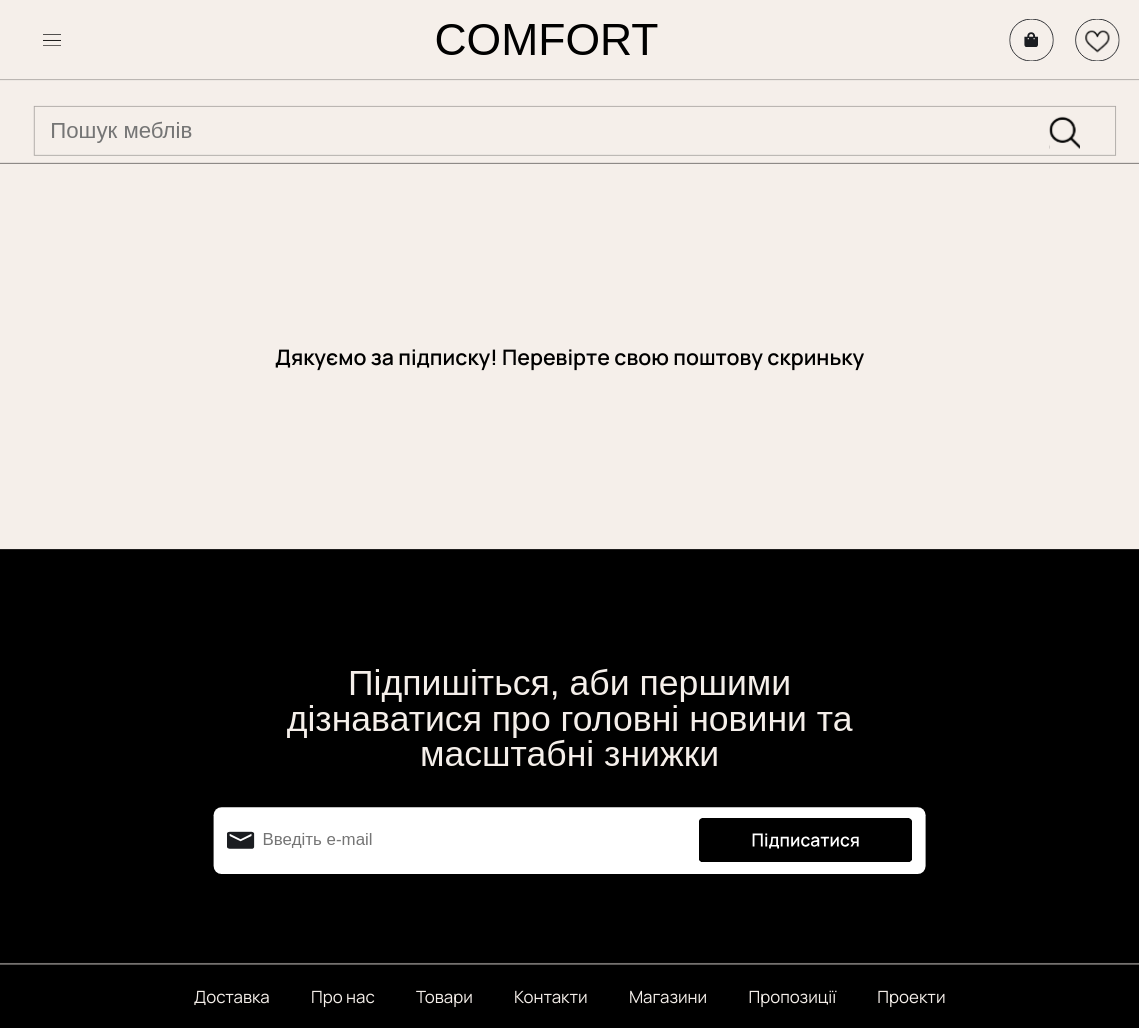
Repository: malykhinaIra/laravel
Page: resources/views/form.blade.php
The author's editor kept a copy of each file at every save. The page is drawn from the files as they stood at one save, then again after the next save.
The browser window is 1280 px wide. The pictures show the whole page, at 89% of full size.
Some web fonts or font styles are not loaded; a fallback is used. The page is served by the project's Laravel application, run on PHP 8.4 with Laravel 9. Other server files are loaded and not shown. The template is opened directly, without the code that normally fills it, so the values that code supplies are empty.

Above is the page before, as saved 2022-05-12 13:46:54.

### blog/routes/web.php
<?php

use Illuminate\Support\Facades\Route;

/*
|--------------------------------------------------------------------------
| Web Routes
|--------------------------------------------------------------------------
|
| Here is where you can register web routes for your application. These
| routes are loaded by the RouteServiceProvider within a group which
| contains the "web" middleware group. Now create something great!
|
*/

Route::get('/', 'App\Http\Controllers\MainController@forLend');

Route::get('/Lend', 'App\Http\Controllers\MainController@forLend');

Route::get('/Catalog', 'App\Http\Controllers\MainController@forCatalog');

Route::get('/Info', 'App\Http\Controllers\MainController@forInfo');

Route::post('/result', 'App\Http\Controllers\MainController@result');

Route::post('/check', 'App\Http\Controllers\MainController@check');

Route::get('/item/{id}', 'App\Http\Controllers\MainController@forItem');

### blog/resources/views/form.blade.php
@extends('layouts.header')
@section('content')
<head>
    <link href="https://fonts.googleapis.com/css2?family=Lexend&family=Manrope:wght@200;300;400;500;600&display=swap" rel="stylesheet">
    <link rel="stylesheet" href="css/form.css">
    <link rel="stylesheet" href="css/catalog.css">
</head>
<hr>
<div class="text">
    <h2>Дякуємо за підписку! Перевірте свою поштову скриньку </h2>
    <p> {{ $mail }} </p>
</div>
@endsection

### blog/resources/views/layouts/header.blade.php
<head>
<meta charset="UTF-8">
    <meta http-equiv="X-UA-Compatible" content="IE=edge">
    <meta name="viewport" content="width=device-width, initial-scale=1.0">
    <title> @yield ('title') </title>
    <link rel="preconnect" href="https://fonts.googleapis.com">
    <link rel="preconnect" href="https://fonts.gstatic.com" crossorigin>
    <link rel="preconnect" href="https://fonts.googleapis.com">
    <link rel="preconnect" href="https://fonts.gstatic.com" crossorigin>
    <link href="https://fonts.googleapis.com/css2?family=Lexend&family=Manrope:wght@200;300;400;500;600&display=swap" rel="stylesheet">
    <link href="https://fonts.googleapis.com/css2?family=Lexend:wght@300&family=Manrope:wght@200;300;400;500;600&display=swap" rel="stylesheet">
    <link rel="preconnect" href="https://fonts.googleapis.com">
    <link rel="preconnect" href="https://fonts.gstatic.com" crossorigin>
    <link href="https://fonts.googleapis.com/css2?family=Lexend&family=Manrope:wght@200;300;400;500;600&display=swap" rel="stylesheet">
    <link rel="preconnect" href="https://fonts.googleapis.com">
    <link rel="preconnect" href="https://fonts.gstatic.com" crossorigin>
    <link href="https://fonts.googleapis.com/css2?family=Manrope:wght@200;300;400;500;600&display=swap" rel="stylesheet">
    <link rel="stylesheet" href="css/bootstrap-grid.min.css">
    <meta name="viewport" content="width=device-width">
</head>
    <header class="header">
    </div>
    <div class="nav-1">
        <div class="nav-toggle">
            <div class="container">
                <a href="/Info" width="10%" onclick>
                    <img src="../img/Group 65.svg" class="menu">
                </a>
                <div class="logo"><a href="index.html">COMFORT</a></div>
                <div class="row">
                    <div class="col">
                        <a href="#" style="margin-right: 2.5%;"><img src="../img/Group 56.svg"></a>
                    </div>
                    <div class="col">
                        <a href="#"><img src="../img/Group 55.svg"></a>
                    </div>
                </div>
            </div>
        </div>
        <hr>
        <div class="border-1">
            <input type="text" size="19" placeholder="Пошук меблів">
            <a href="#" class="search-1"><img src="../img/image 22 (1).svg"></a>
        </div>
    </div>

    <section class="nav">
        <a href="/Lend" class="logo">COMFORT</a>
        <a href="/Info">Про нас</a>
        <a href="#">Доставка</a>
        <a href="#">Підтримка</a>
        <a href="/Catalog">Каталог</a>
        <div class="border">
            <input type="text" size="19" placeholder="Пошук меблів" style="margin-bottom: 6px;">
            <a href="#" class="search"><img src="../img/image 22 (1).svg"></a>
        </div>
        <div class="shops">
            <a href="#" style="margin-right: 5px;"><img src="../img/image 57.svg"></a>
            <a href="#">Магазини</a>
        </div>
        <div class="icons">
            <a href="#"><img src="../img/Group 55.svg"></a>
            <a href="#"><img src="../img/Group 56.svg"></a>
            <a href="#"><img src="../img/user.svg"></a>
        </div>
    </section>
</header>


<div class="forYield">
    @yield('content')
</div>

<footer id="bottom">
    <section class="form">
        @if($errors->any())
        <div class="alert alert-danger">
            <p>
                Неправильно введений email. Спробуйте ще раз! </p>
        </div>
        @else
        <p>Підпишіться, аби першими дізнаватися про головні новини та масштабні знижки</p>
        @endif
        <div class="subscribe">
            <form method="post" action="/check" style="width:800px; margin: 0; display: flex; align-items: center;">
                @csrf
                <div style="display: flex; align-items: center;">
                    <img src="../img/Shape.svg" class="message">
                    <input style="width:500px; outline: none; border: none; font-size: 25px;" type="text" name="mail" placeholder="Введіть e-mail">
                </div>
                <button type="submit" style="background: none; border: 0; padding:0;"><img src="../img/Group 61.svg" class="sub-btn"></button>
            </form>
        </div>

    </section>
    <hr>
    <section class="footer-1">
        <a href="#">Доставка</a>
        <a href="/Info">Про нас</a>
        <a href="/Catalog">Товари</a>
        <a href="#">Контакти</a>
        <a href="#">Магазини</a>
        <a href="#">Пропозиції</a>
        <a href="#">Проекти</a>
    </section>
    <br>
</footer>
</body>

</html>

### blog/public/css/form.css
body{
    padding: 0;
    margin: 0;
    background: #F5EFEA;
    color: #000;
    font-family: 'Manrope', sans-serif;
    font-style: normal;
    font-weight: 400;
    max-width: 1903px;
    margin: 0 auto;
    text-align: center;
}

.text{
    margin: 200px auto;
}

### blog/public/css/catalog.css
body{
    padding: 0;
    margin: 0;
    background: #F5EFEA;
    color: #000;
    font-family: 'Manrope', sans-serif;
    font-style: normal;
    font-weight: 400;
    max-width: 1903px;
    margin: 0 auto;
}

.hide{
    margin-top: -1px;
}

.container{
    max-width: 80%;
    margin: 0 auto;
}

*{
    box-sizing: border-box;
}

img {
    max-width: 100%;
  }

a{
    color: #000;
    text-decoration: none;
}

.nav-1{
    display: none;
    flex-direction: column;
    margin: 0 auto;
    margin-bottom: 30px;
}

.nav{
    width: 100%;
    font-family: 'Manrope', sans-serif;
    font-style: normal;
    height: 80.98px;
    font-weight: 600;
    font-size: 19px;
    line-height: 26px;
    display: flex;
    justify-content: space-between;
    align-items: center;

}

.logo{
    padding-left: 70px;
    font-family: 'Lexend', sans-serif;
    font-style: normal;
    font-weight: 500;
    font-size: 30px;
    line-height: 38px;

}

.icon p{
    font-family: 'Manrope', sans-serif;
    font-style: normal;
    font-weight: 500;
    font-size: 30px;
    margin: 0;
    margin-left: 1%;
}

.icon{
    display: flex;
    margin-bottom: 1%;
}

.border{
    border: 0.5px solid rgba(0, 0, 0, 0.555);
    height: 40.55px;
    display: flex;
    align-items: center;
    padding: 15px;
}

.special-offer .col-6{
    width: 40%;
    margin-left: 6.5%;
}

.border-1{
    border: 0.2px solid rgba(0, 0, 0, 0.555); ;
    height: 55.55px;
    width: 95%;
    display: flex;
    align-items: center;
    padding: 15px;
    margin:0 3%;
    margin-top: 10px;
}

header hr{
    border: 0 none;
    height: 0.1px;
    color: #000;
    width: 100%;
    background-color: rgba(0, 0, 0, 0.555);
    margin-bottom: 20px;
 }

input{
    font-family: 'Lexend', sans-serif;
    font-weight: 300;
    font-size: 25px;
    background: none;
    border: none;
    width: 95%;
}

.arr{
    height: 25px;
    float: right;
    margin-top: 25px;
    margin-right: 3%;
}

::placeholder{
    font-style: normal;
    font-weight: 300;
    font-size: 19px;
    line-height: 40px;

}

.search{
    margin-left: 49.86px;
}

.search-1{
    margin-top: 4px;
}

.icons img{
    margin-right: 15px;
}

hr{
    border: none;
    background-color: rgb(0, 0, 0, 0.555);
    color: rgb(0, 0, 0);
    height: 1px;
    width: 100%;
}

.shops{
    display: flex;
    align-items: center;
}


.catalog{
    background-color: #000;
    width: 100%;
}

.rooms{
    max-height: 80.98px;
    display: flex;
    justify-content: space-between;
    padding: 26px 30%;

}
.rooms a{
    color:#F5EFEA;
    font-family: 'Manrope', sans-serif;
    font-style: normal;
    font-weight: 600;
    font-size: 20px;
}

.full-catalog .container{
    margin: 20px auto;
}

.filters{
    max-width: 100%;
    border-left: 1px solid rgb(0, 0, 0, 0.555);
}

.filters hr{
    border: none;
    background-color: rgb(0, 0, 0, 0.555);
    color: rgb(0, 0, 0);
    height: 1px;
    width: 81%;
    margin-left: 20px;
}

.filters h2{
    padding-left: 20px;
    font-family: 'Manrope', sans-serif;
    font-style: normal;
    font-weight: 600;
    font-size: 35px;
    color: #000000;
    margin: 0px;
}

.filters p{
    padding-left: 20px;
    font-family: 'Manrope', sans-serif;
    font-style: normal;
    font-weight: 200;
    font-size: 30px;
    color: #000000;
    margin: 0px;

}

.icon{
    margin-top: 2.5%;
}

.icon p{
    margin-top: 4px;
}

.price p{
    font-family: 'Manrope', sans-serif;
    font-style: normal;
    font-weight: 300;
    font-size: 20px;
    line-height: 35px;
    margin: 0;

}

.image img{
    max-height: 494.27px;
}

.full-catalog .col-4{
    margin-bottom: 25px;
}

.price{
    display: flex;
    width: 400px;
    flex-direction: row;
    justify-content: space-between;
    align-items: center;
    margin-top: 5px;
    padding: 0px 25px;
}

.special-offer h1, .picture h1{
    font-family: 'Manrope', sans-serif;
    font-style: normal;
    font-weight: 600;
    font-size: 35px;
    line-height: 80.98px;
    text-align: center;
    max-width: 100%;
    margin: 0;
}

.info{
    margin-top: 37px;
    padding-right:285px;
    padding-left:900px;
    width: 100%;
    position: absolute;
    display: flex;
    align-items: center;
    justify-content: space-between;
}

.info-1{
    margin-top: 710px;
    padding-right:285px;
    padding-left:745px;
    width: 100%;
    position: absolute;
    display: flex;
    align-items: center;
    justify-content: space-between;
    font-family: 'Manrope', sans-serif;
    font-style: normal;
    font-weight: 400;
    font-size: 50px;
}

.room-shopping{
    width: 100%;
    display: flex;
    align-items: center;
    justify-content: space-between;
}

.prices{
    display: flex;
    margin-top: -50px;
}

.price-1{
    margin-left: 7%;
    width: 50%;
    display: flex;
    flex-direction: row;
    justify-content: space-between;
    align-items: center;
    padding: 0px 25px;
}

.prices p{
    font-family: 'Manrope', sans-serif;
    font-style: normal;
    font-weight: 300;
    font-size: 20px;
    line-height: 35px;
    margin: 0;

}

.mobile{
    display: none;
}

.button{
    display: none;
}

.scroll{
    margin:0 47%;
}

footer{
    background-color: #000;
    max-height: 550px;
    width: 100%;
}

.subscribe{
    background-color: white;
    width: 800px;
    height: 75px;
    display: flex;
    align-items: center;
    justify-content: space-between;
    padding: 15px;
    border-radius: 9px;
    margin: auto auto;
}

.sub-btn{
    max-width: 100%;
}

.form{
    margin-left: auto;
    margin-right: auto;
}

.form p{
    width: 700px;
    font-family: 'Lexend', sans-serif;
    font-weight: 300;
    font-size: 40px;
    line-height: 40px;
    text-align: center;
    color:#F5EFEA;
    margin: 0 auto;
    margin-bottom: 40px;
    padding-top: 130px;
}


.subscribe input{
    background: none;
    max-width: 100%;
    margin-bottom: 8px;
    margin-left: 7px;
}

footer hr{
    margin-top: 100px;
    border: 0.5px solid #f5efea79;
}

.footer-1{
    display: flex;
    justify-content: space-between;
    align-items: center;
    padding-left: 17%;
    padding-right: 17%;
    margin-top: 23px;
}

.footer-1 a{
    color:#F5EFEA;
    font-family: 'Manrope', sans-serif;
    font-style: normal;
    font-weight: 400;
    font-size: 19px;
    line-height: 26px;
}

@media(max-width: 1570px){

    .border-1{
        border-color: rgba(0, 0, 0, 0.301);
    }

    header hr, .filters hr{
        background-color: rgba(0, 0, 0, 0.301);
    }

    .filters{
        border-left-color: rgba(0, 0, 0, 0.301);
    }

    .picture h1{
        display: none;
    }

    .mobile{
        display: block;
        align-items: center;
    }

    .mobile h1{
        width: 100%;
        text-align: center;
        color: #F5EFEA;
        background-color: #000;
        font-family: 'Manrope', sans-serif;
        font-style: normal;
        font-weight: 600;
        font-size: 35px;
        line-height:75px;
    }

    .nav-1{
        margin: 0;
    }

    .catalog{
        display: none;
    }

    .nav-toggle, .nav-1 {
        display: flex;
     }

    .nav-toggle .container{
         height: 80.98px;
         align-items: center;
         display: flex;
         padding-top: 20px;
         padding-bottom: 10px;
         justify-content: space-between;
         margin: 0 auto;;
     }

     .nav-toggle .container{
        margin: 0 10px;
        max-width: 100%;
    }

     .nav-toggle .col{
         max-width: 100px;
     }

     .logo{
         margin:0;
         padding: 0;
     }

    .nav-toggle a{
        width: 72px;
    }

    .menu {
        max-width: 50px;
    }

     .nav{
      display: none;
     }

     .logo a{
        font-size: 50px;
     }

     .border-1 ::placeholder{
        font-size: 25px;
        margin-top: 5px;
    }

     .search-1 img{
         width: 35px;
     }

     .menu {
        max-width: 50px;
    }

}

@media (max-width: 1190px){
    .footer-1 a {
        font-size: 15px;
    }
    }

@media(max-width: 1406px){
    .image img{
        max-height: 422.98px;
    }

    .filters p{
        font-size: 25px;
    }



}

@media(max-width: 1195px){
    .image img{
        max-height: 351.67px;
    }

    .filters p{
        font-size: 20px;
    }

    .filters h2{
        font-size: 25px;
    }

    .price p{
        font-size: 16px;
    }

}

@media (max-width:990px) {
    .footer-1{
        padding: 0 55px;
     }

     .subscribe{
         width: 600px;
     }

     .form p{
         font-size: 25px;
         width: 400px;
     }
}

@media(max-width: 982px){

    .button{
        display: block;
        margin:auto;
        width: 250px;
    }

    .image img{
        max-height: 256.25px;
    }

    .filters p{
        font-size: 15px;
    }

    .filters h2{
        font-size: 17px;
    }

    .price p{
        line-height: 18px;
    }

    .price{
        padding: 0 10px;
    }

    .icon a, .icon img{
        max-width: 20px;
    }

    .icon p{
        font-size: 12px;
        margin-left: 10px;
    }

}

@media(max-width: 820px){

    #offer{
        width: 733px;
        height: auto;
    }

    .scroll{
        width: 40px;
        margin: 0 45%;
    }

    .logo a{
        font-size: 40px;
    }

    .logo{
        margin-bottom: 20px;

    }

    .image img{
        max-height: 395.67px;
    }

    .nav-toggle .row{
        margin-bottom: 10px;

    }

    .mobile h1{
        font-size: 30px;
    }

    #third{
        display:none;
    }

    .full-catalog .col-4{
        width: 50%;
    }

    .arrow{
        width: 130px;
    }

    .footer-1 a{
        font-size: 12px;
    }

    .subscribe{
        width: 70%;
        height: 8%;
    }

    .subscribe ::placeholder{
        font-size: 15px;
    }

    .sub-btn{
        width: 150px;
    }


    .menu{
        width: 80%;
    }

}

@media(max-width: 760px){
    #offer{
        width: 1433px;
        height: auto;
    }

}

@media(max-width: 600px){

    .button{
        width: 150px;
    }

    .search-1 img{
        width: 20px;
    }

    .nav-toggle .col{
        padding: 0 7px;
    }

    .logo a{
        font-size: 30px;
        margin-right: 15px;
    }

    .price p{
        font-size: 12px;
        line-height: 12px;
    }

    .full-catalog .col-4{
        padding: 0 5px;
    }

    .mobile h1{
        font-size: 25px;
        line-height: 60.98px;
    }

    .border-1{
        margin-top: 20px;
        height: 35px;
    }

    .nav-toggle .container{
        padding-top: 12px;
        padding-bottom: 0px;
        height: 60.98px;

    }

    .nav-toggle .col{
        width: 35px;
        padding: 0 2px;
    }

    .menu{
        margin-top: -4px;
        max-width: 28px;
    }


    .logo{
        margin-top: 7px;
        margin-left: -20px;
    }

    header hr{
        margin:0;
    }

    .border-1 ::placeholder, input{
        font-size: 15px;
    }

    .input{
        margin: 0;
    }

    .mobile h1, .special-offer h1{
        font-size: 20px;
        line-height: 45.98px;
    }

    .arrow{
        display:none;
    }

    .arr{
        height: 20px;
        margin-top: 13px;
        padding-right: 10px;
    }

    .special-offer .container, .full-catalog .container{
        width: 95%;
    }

    .subscribe{
        width: 85%;
    }

    .footer-1{
        margin-top: 16px;
        padding: 0 4%;
    }

    .footer-1 a{
        font-size: 9px;
    }

    .sub-btn{
        width: 130px;
    }

    .subscribe ::placeholder{
        font-size: 13px;
    }

    .subscribe{
        padding-top: 18px;
        height: 50px;
    }

    .subscribe input{
        margin-top: 5px;
    }

    footer hr{
        margin-top: 40px;
        border-color: #f5efea5e;
    }

    .form p{
        padding-top: 50px;
        font-size: 17px;
        line-height: 25px;
        width: 300px;
    }

    .footer-1 {
        margin-top: 17px;
        padding: 0 4%;
    }

}

@media (max-width: 490px) {
    .footer-1 a{
        font-size: 9px;
    }

    .message{
        width: 20px;
    }

    .mobile h1{
        font-size: 15px;
        line-height: 35px;
    }

    .arr{
        height: 15px;
        margin-top: 10px;
    }
}

### blog/public/img/Group 65.svg
<svg width="21" height="14" viewBox="0 0 21 14" fill="none" xmlns="http://www.w3.org/2000/svg">
<line y1="0.5" x2="21" y2="0.5" stroke="black"/>
<line y1="7.5" x2="21" y2="7.5" stroke="black"/>
<line y1="13.5" x2="21" y2="13.5" stroke="black"/>
</svg>

### blog/public/img/Group 56.svg
<svg width="50" height="48" viewBox="0 0 50 48" fill="none" xmlns="http://www.w3.org/2000/svg">
<path d="M0.5 24C0.5 11.0213 11.0213 0.5 24 0.5H26C38.9787 0.5 49.5 11.0213 49.5 24C49.5 36.9787 38.9787 47.5 26 47.5H24C11.0213 47.5 0.5 36.9787 0.5 24Z" stroke="#1B1D21"/>
<path fill-rule="evenodd" clip-rule="evenodd" d="M32.2783 29.2589C32.2783 30.7061 31.0591 31.8794 29.5552 31.8794H19.7519C18.248 31.8794 17.0288 30.7061 17.0288 29.2589V20.3494H20.2966V19.3012C20.2966 16.9893 22.2511 15.1085 24.6535 15.1085C27.056 15.1085 29.0105 16.9893 29.0105 19.3012V20.3494H32.2783V29.2589ZM22.475 19.3012V20.3494H26.832V19.3012C26.832 18.1453 25.8548 17.2049 24.6535 17.2049C23.4523 17.2049 22.475 18.1453 22.475 19.3012ZM27.9213 23.2319C27.4701 23.2319 27.1043 22.8799 27.1043 22.4457C27.1043 22.0116 27.4701 21.6596 27.9213 21.6596C28.3724 21.6596 28.7382 22.0116 28.7382 22.4457C28.7382 22.8799 28.3724 23.2319 27.9213 23.2319ZM20.5687 22.4457C20.5687 22.8799 20.9345 23.2319 21.3857 23.2319C21.8368 23.2319 22.2026 22.8799 22.2026 22.4457C22.2026 22.0116 21.8368 21.6596 21.3857 21.6596C20.9345 21.6596 20.5687 22.0116 20.5687 22.4457Z" fill="#1B1D21"/>
</svg>

### blog/public/img/Group 55.svg
<svg width="50" height="48" viewBox="0 0 50 48" fill="none" xmlns="http://www.w3.org/2000/svg" xmlns:xlink="http://www.w3.org/1999/xlink">
<rect x="0.5" y="0.5" width="49" height="47" rx="23.5" stroke="#1B1D21"/>
<rect x="11.5" y="12" width="27" height="27" fill="url(#pattern0)"/>
<defs>
<pattern id="pattern0" patternContentUnits="objectBoundingBox" width="1" height="1">
<use xlink:href="#image0_2802_432" transform="scale(0.00195312)"/>
</pattern>
<image id="image0_2802_432" width="512" height="512" xlink:href="data:[embedded picture, 18494 characters]"/>
</defs>
</svg>

### blog/public/img/image 22 (1).svg
<svg width="23" height="28" viewBox="0 0 23 28" fill="none" xmlns="http://www.w3.org/2000/svg" xmlns:xlink="http://www.w3.org/1999/xlink">
<rect width="23" height="27.6" fill="url(#pattern0)"/>
<defs>
<pattern id="pattern0" patternContentUnits="objectBoundingBox" width="1" height="1">
<use xlink:href="#image0_2771_216" transform="translate(-0.1) scale(0.00234375 0.00195312)"/>
</pattern>
<image id="image0_2771_216" width="512" height="512" xlink:href="data:[embedded picture, 14054 characters]"/>
</defs>
</svg>

### blog/public/img/image 57.svg
<svg width="50" height="50" viewBox="0 0 50 50" fill="none" xmlns="http://www.w3.org/2000/svg" xmlns:xlink="http://www.w3.org/1999/xlink">
<rect width="50" height="50" fill="url(#pattern0)"/>
<defs>
<pattern id="pattern0" patternContentUnits="objectBoundingBox" width="1" height="1">
<use xlink:href="#image0_2916_100" transform="scale(0.00195312)"/>
</pattern>
<image id="image0_2916_100" width="512" height="512" xlink:href="data:[embedded picture, 17614 characters]"/>
</defs>
</svg>

### blog/public/img/user.svg
<svg width="50" height="48" viewBox="0 0 50 48" fill="none" xmlns="http://www.w3.org/2000/svg">
<path fill-rule="evenodd" clip-rule="evenodd" d="M24 1H26C38.7025 1 49 11.2975 49 24C49 36.7025 38.7025 47 26 47H24C11.2975 47 1 36.7025 1 24C1 11.2975 11.2975 1 24 1ZM0 24C0 10.7452 10.7452 0 24 0H26C39.2548 0 50 10.7452 50 24C50 37.2548 39.2548 48 26 48H24C10.7452 48 0 37.2548 0 24ZM25.6247 23.3854C28.0312 23.3854 29.9817 21.5085 29.9817 19.1927C29.9817 16.8769 28.0312 15 25.6247 15C23.2181 15 21.2677 16.8769 21.2677 19.1927C21.2677 21.5085 23.2181 23.3854 25.6247 23.3854ZM31.6156 31.7708C32.5176 31.7708 33.2495 31.0666 33.2495 30.1985V28.8359C33.2495 26.4055 31.2003 24.4336 28.6746 24.4336H28.1062C27.3505 24.7677 26.5097 24.9577 25.6247 24.9577C24.7397 24.9577 23.9024 24.7677 23.1433 24.4336H22.5749C20.0492 24.4336 18 26.4055 18 28.8359V30.1985C18 31.0666 18.7318 31.7708 19.6339 31.7708H31.6156Z" fill="#1B1D21"/>
</svg>

### blog/public/img/Shape.svg
<svg width="31" height="20" viewBox="0 0 31 20" fill="none" xmlns="http://www.w3.org/2000/svg">
<path fill-rule="evenodd" clip-rule="evenodd" d="M3.06415 0.458008H27.5773C29.2626 0.458008 30.6415 1.54015 30.6415 2.86278V17.2914C30.6415 18.614 29.2626 19.6962 27.5773 19.6962H3.06415C1.37887 19.6962 0 18.614 0 17.2914L0.0153207 2.86278C0.0153207 1.54015 1.37887 0.458008 3.06415 0.458008ZM15.3206 11.2794L27.5772 5.26752V2.86276L15.3206 8.87468L3.06396 2.86276V5.26752L15.3206 11.2794Z" fill="#1B1D21"/>
</svg>

Loaded but not shown: blog/public/css/bootstrap-grid.min.css (library); blog/public/img/Group 61.svg (4 lines, source omitted)

After the next save:
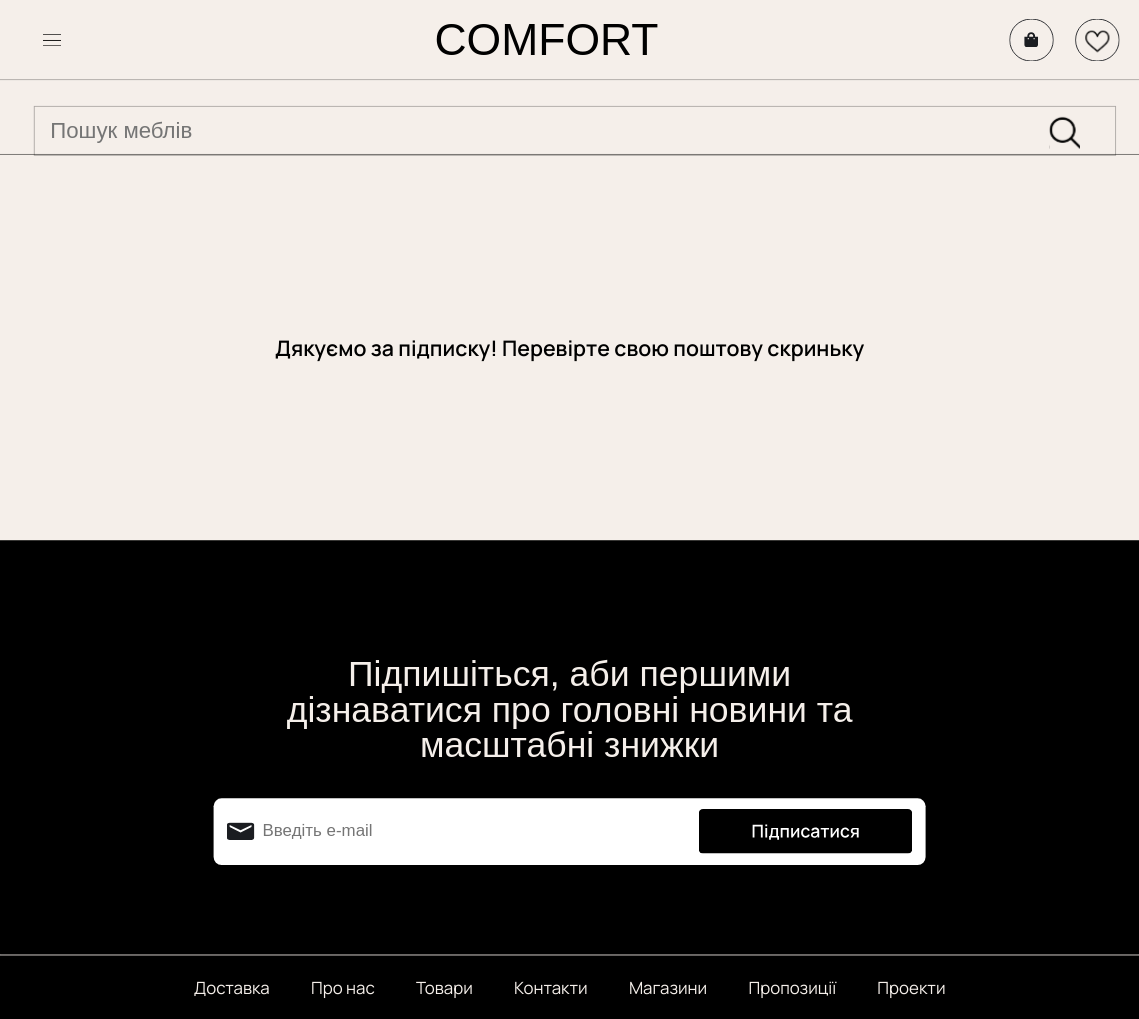
Saved 22 s later.
--- a/blog/resources/views/form.blade.php
+++ b/blog/resources/views/form.blade.php
@@ -5,7 +5,7 @@
     <link rel="stylesheet" href="css/form.css">
     <link rel="stylesheet" href="css/catalog.css">
 </head>
-<hr>
+<hr style="margin-top: -2px;">
 <div class="text">
     <h2>Дякуємо за підписку! Перевірте свою поштову скриньку </h2>
     <p> {{ $mail }} </p>
